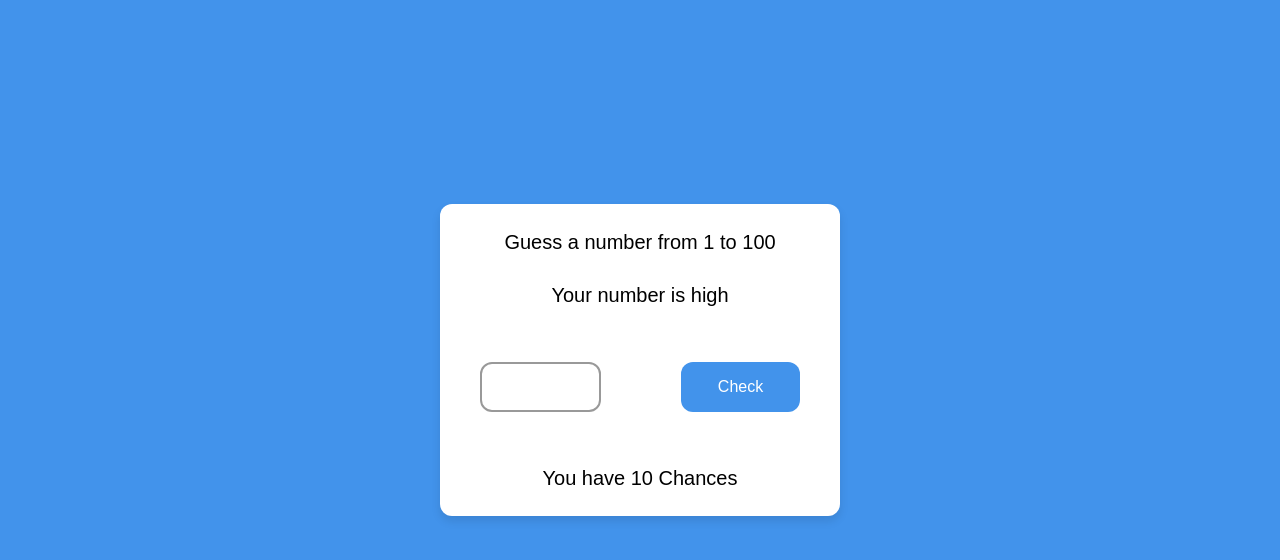
Repository: Ankitkr2021/Guess_Game
Page: index.html
An editor plug-in stored every save of this project. The page is shown before and after the next save, followed by the edit.
The browser window is 1280 px wide. The pictures show the whole page.

Above is the page before, as saved 2025-09-30 17:56:14.

After the next save:
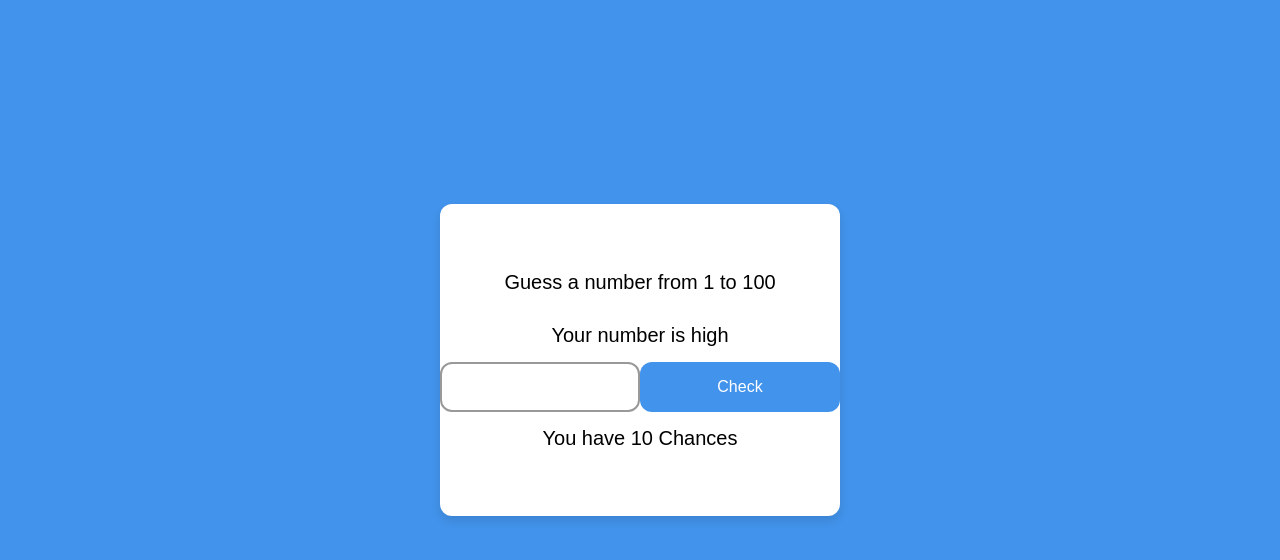
Saved 8 s later.
--- a/style.css
+++ b/style.css
@@ -47,7 +47,7 @@ input{
     /* margin: 50px; */
     /* padding: 20px; */
     width: calc(100% / 2);
-    margin: 40px;
+    /* margin: 40px; */
     height: 50px;
     border-radius: 12px;
     padding: 0 20px;
@@ -61,7 +61,7 @@ button{
     padding: 0 20px;
     width: calc(100% / 2);
     color: #fff;
-    margin: 40px;
+    /* margin: 40px; */
     height: 50px;
     /* width: 80px; */
     border-radius: 12px;
